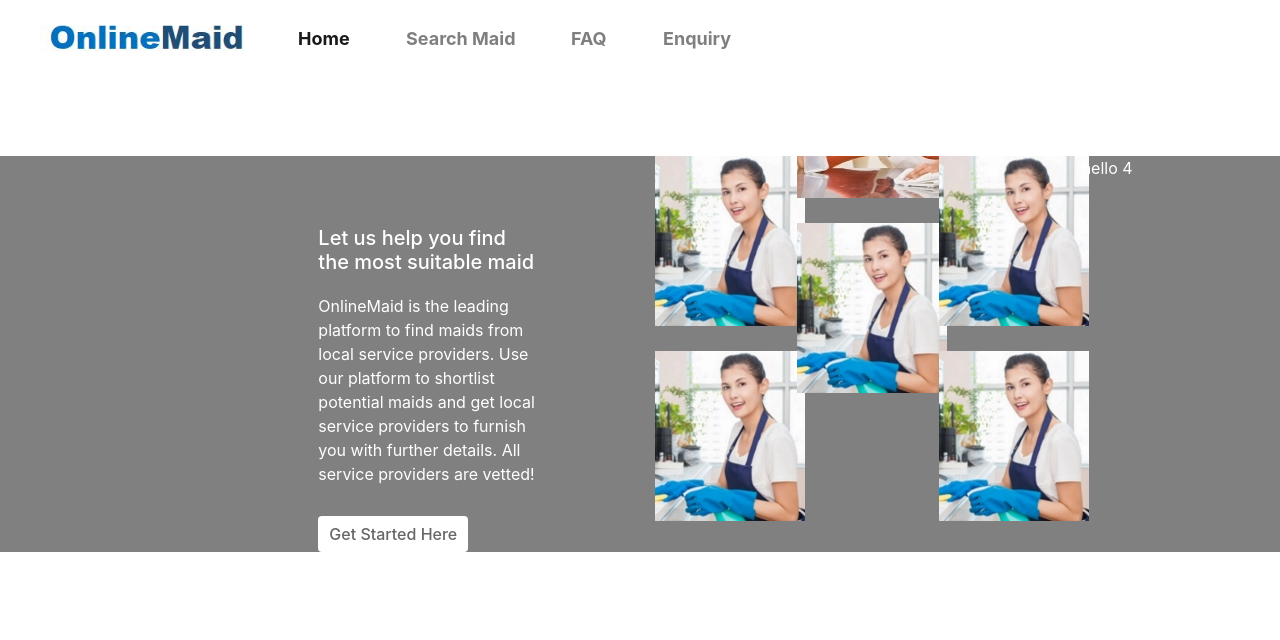
Repository: Code-Institute-Submissions/Project-1---Online-Maid
Page: testing.html
The author's editor kept a record of every edit. The page is drawn from the files as they stood at one moment, then again after the next edit.
The browser window is 1280 px wide. The pictures show the whole page.
Some web libraries are served in a nearby version.

Above is the page before.

### testing.html
<!DOCTYPE html>
<html lang="en">
<head>
    <meta charset="UTF-8">
    <meta name="viewport" content="width=device-width, initial-scale=1.0">
    <meta http-equiv="X-UA-Compatible" content="ie=edge">
    <link rel="stylesheet" href="https://stackpath.bootstrapcdn.com/bootstrap/4.3.1/css/bootstrap.min.css" type="text/css" />
    <link rel="stylesheet" href="https://stackpath.bootstrapcdn.com/font-awesome/4.7.0/css/font-awesome.min.css" type="text/css" />
    <link rel="stylesheet" href="https://cdnjs.cloudflare.com/ajax/libs/hover.css/2.1.1/css/hover-min.css" type="text/css" />
    <link rel="stylesheet" href="style.css" type="text/css" />
    <title>Online Maid</title>
</head>

<body>

<header>
  <nav class="navbar navbar-expand-lg navbar-light">
  <a class="navbar-brand" href="#"><img id="logo" class="pl-4 img-fluid d-md-block" src="images/logo.jpg" alt=""></a>
  <button class="navbar-toggler" type="button" data-toggle="collapse" data-target="#navbarSupportedContent" aria-controls="navbarSupportedContent" aria-expanded="false" aria-label="Toggle navigation">
    <span class="navbar-toggler-icon"></span>
  </button>

  <div class="collapse navbar-collapse" id="navbarSupportedContent">
    <ul class="navbar-nav mr-auto">
      <li class="nav-item active hvr-sweep-to-bottom">
        <a class="nav-link" href="index.html">Home</a>
      </li>
      <li class="nav-item hvr-sweep-to-bottom">
        <a class="nav-link" href="search.html">Search Maid</a>
      </li>
      <li class="nav-item hvr-sweep-to-bottom">
        <a class="nav-link" href="faq.html">FAQ</a>
      </li>
      <li class="nav-item hvr-sweep-to-bottom">
        <a class="nav-link" href="enquiry.html">Enquiry</a>
      </li>
    </ul>
  </div>
</nav>
</header>


<div class="row enquiry-container">
  <div class="col-2 enquiry-box-1"></div>

  <div class="col-4 enquiry-box-2">
      <h5 class ="enquiry-header">Let us help you find the most suitable maid</h5>
      <p class ="enquiry-content">OnlineMaid is the leading platform to find maids from local service providers.  Use our platform to shortlist potential maids and get local service providers to furnish you with further details. All service providers are vetted!</p>
      <button type="button" class="btn enquiry-btn">Get Started Here</button>
    </div>

  <div class="col-4 enquiry-box-3">
      <div class="row picture-container">

        <div class="col-4 picture-col-1">
          <img class="card-img-top-1" src="images/enquiry2a.jpg" alt="Card image cap">
          <img class="card-img-top-2" src="images/enquiry2a.jpg" alt="Card image cap">
        </div>

        <div class="col-4 picture-col-2">
          <img class="card-img-top-3" src="images/enquiry5a.jpg" alt="Card image cap">
          <img class="card-img-top-4" src="images/enquiry2a.jpg" alt="Card image cap">
        </div>

        <div class="col-4 picture-col-3">
          <img class="card-img-top-5" src="images/enquiry2a.jpg" alt="Card image cap">
          <img class="card-img-top-6" src="images/enquiry2a.jpg" alt="Card image cap">
        </div>
      </div>
  </div>

  <div class="col-2 enquiry-box">hello 4</div>

</div>


    <script src="https://code.jquery.com/jquery-3.3.1.slim.min.js" integrity="sha384-q8i/X+965DzO0rT7abK41JStQIAqVgRVzpbzo5smXKp4YfRvH+8abtTE1Pi6jizo" crossorigin="anonymous"></script>
    <script src="https://cdnjs.cloudflare.com/ajax/libs/popper.js/1.14.7/umd/popper.min.js" integrity="sha384-UO2eT0CpHqdSJQ6hJty5KVphtPhzWj9WO1clHTMGa3JDZwrnQq4sF86dIHNDz0W1" crossorigin="anonymous"></script>
    <script src="https://stackpath.bootstrapcdn.com/bootstrap/4.3.1/js/bootstrap.min.js" integrity="sha384-JjSmVgyd0p3pXB1rRibZUAYoIIy6OrQ6VrjIEaFf/nJGzIxFDsf4x0xIM+B07jRM" crossorigin="anonymous"></script>
</body>
</html>

### style.css
@import url('https://fonts.googleapis.com/css?family=Roboto:100,200,300,400,500,600,700|Exo:100,200,300,400,500,600,700');

/*overall*/
*{
    padding: 0;
    margin: 0;
    box-sizing: border-box;
}



/*header*/
#logo {
    height: 50px;
    max-width:100%;
}


.nav-item{
    padding: 0px 20px;
    color: blue;
    font-weight:700;
    font-size: 18px;
}



/*footer*/
.footer-style{
    background: #666666;
}


.page-footer, .social {
    color:white;
}


.list-unstyled a {
   text-decoration: none;
   color:white;
}


.list-unstyled a:hover {
   color:blue;
}



/*Section 1-Banner*/
.maids-portal {
   text-align: center;
    font-size: 44px;
    font-weight: 600;
}


.getStarted{
    text-align: center;
    font-size: 20px;
    font-weight: 600
}


.jumbotron {
    background-image: url("images/banner.jpg");
    background-size: cover;
    color: white;
    padding : 120px 0px;
    margin-bottom: 80px;
     }


.form-row {
    padding: 50px 0px 0px 0px;
}


.form-control {
    font-weight: 500;
    color: #808080;
}


.btn {
    background-color: grey;
    font-weight: 500;
    color: white;
}



/*section 2 - 4 Steps*/
.section-header {
    text-align: center;
    margin: 40px 0px 0px 0px ;
    line-height: 25px;
    color: #4d4d4d;
    font-weight: 700;
}


.steps-line{
    text-align: center;
    margin: 20px;
    line-height: 25px;
    color: #4d4d4d;
    font-weight: 400;
    font-size: 18px;
}


.four-steps-container {
    margin: 50px 200px 80px 200px;
}


.steps-box {
    background-color: orange;
    text-align: center;
    color: white;
    font-weight: 500
}


.i{
    font-size: 100px;
}



/*index.html section 3*/
.six-choices {
   margin: 30px 20px 30px 20px;
}



/*section 3- preference*/
.maid-experience {
    color: #4d4d4d;
}



/*section 4 - enquiry-box*/
.enquiry-container {
    min-height: 350px;
    background-color: #808080;
    color: white;
    margin: 80px 0px 0px;
    padding: 0px;
}


.enquiry-header {
    margin: 70px 90px 20px ;
}


.enquiry-content {
 font-size: 16px;
 margin: 0 90px 10px;
}


.enquiry-btn{
    color: #666666;
    background: white;
    padding: 5px 10px;
    margin: 20px 90px 0px;
}


.card-img-top-1 {
    padding: 0px;
    margin: 0px 0px 25px 0px;
    border: none;
}


.card-img-top-3 {
    padding: 0px;
    margin: 0px 0px 25px 0px;
    border: none;
}


.card-img-top-5 {
    padding: 0px;
    margin: 0px 0px 25px 0px;
    border: none;
}


.card-img-top-6 {
    padding: 0px;
    margin: 0px 0px 25px 0px;
    border: none;
}

After the next edit:
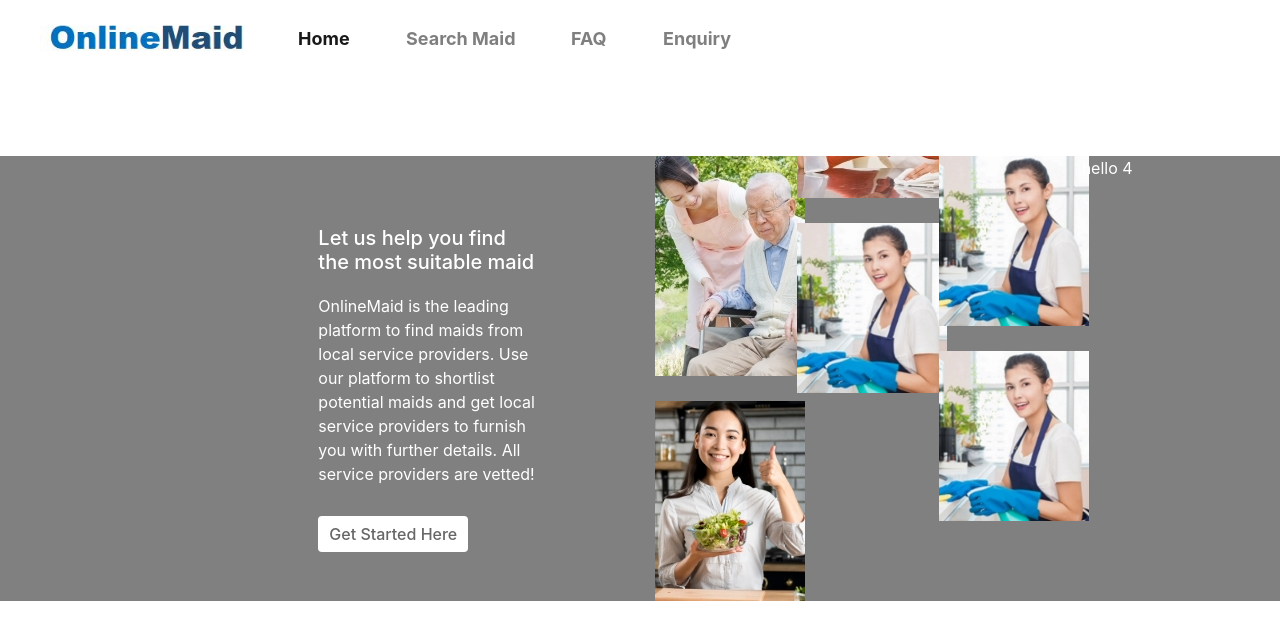
The edit:
--- a/testing.html
+++ b/testing.html
@@ -53,8 +53,8 @@
       <div class="row picture-container">
 
         <div class="col-4 picture-col-1">
-          <img class="card-img-top-1" src="images/enquiry2a.jpg" alt="Card image cap">
-          <img class="card-img-top-2" src="images/enquiry2a.jpg" alt="Card image cap">
+          <img class="card-img-top-1" src="images/enquiry1a.jpg" alt="Card image cap">
+          <img class="card-img-top-2" src="images/enquiry3a.jpg" alt="Card image cap">
         </div>
 
         <div class="col-4 picture-col-2">
